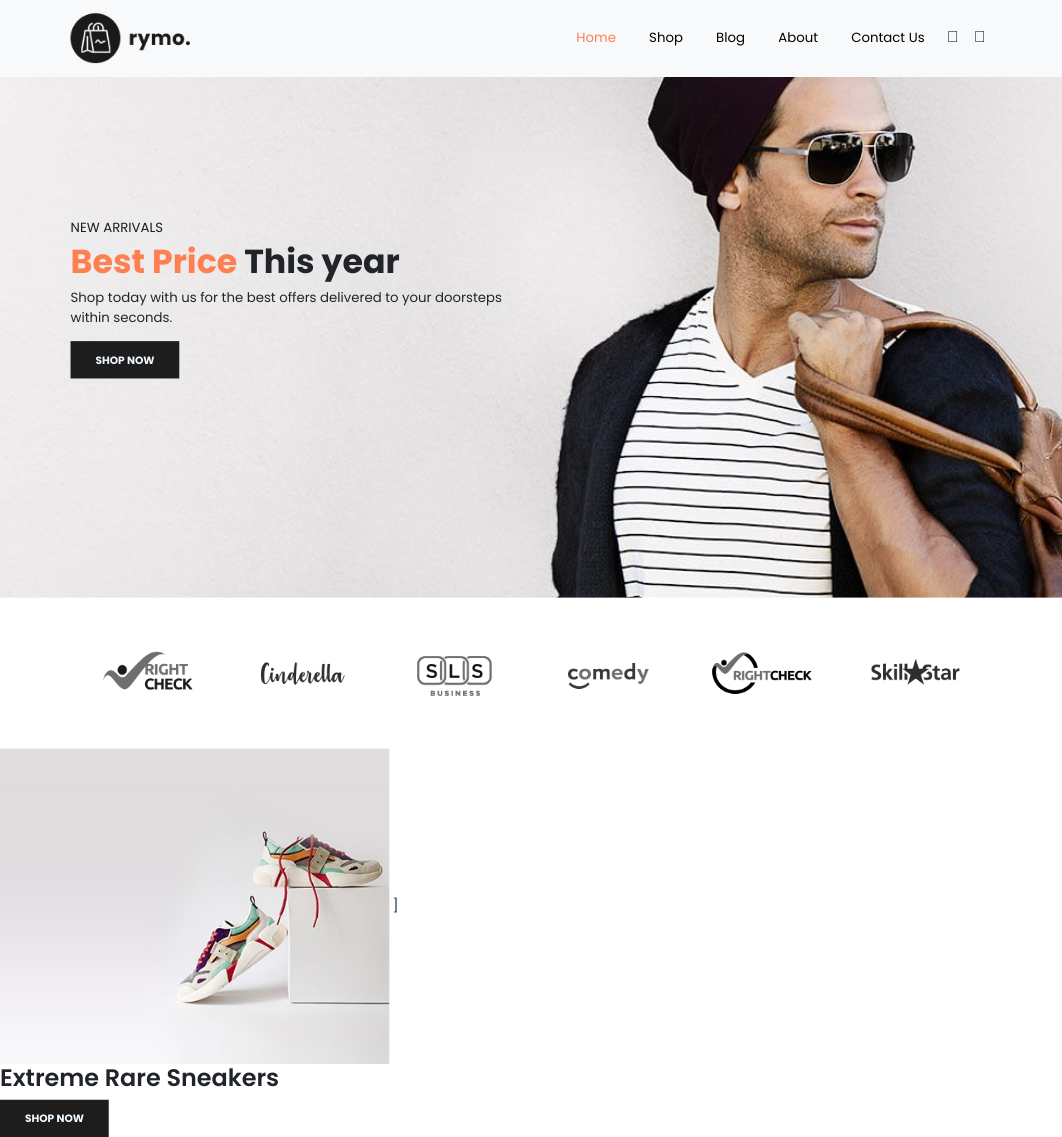
Repository: peter417waweru/e-commerce-UI
Page: index.html
An editor plug-in stored every save of this project. The page is shown before and after the next save, followed by the edit.
The browser window is 1280 px wide. The pictures show the whole page, at 83% of full size.
Some web libraries are served in a nearby version.

Above is the page before, as saved 2025-02-07 20:17:50.

After the next save:
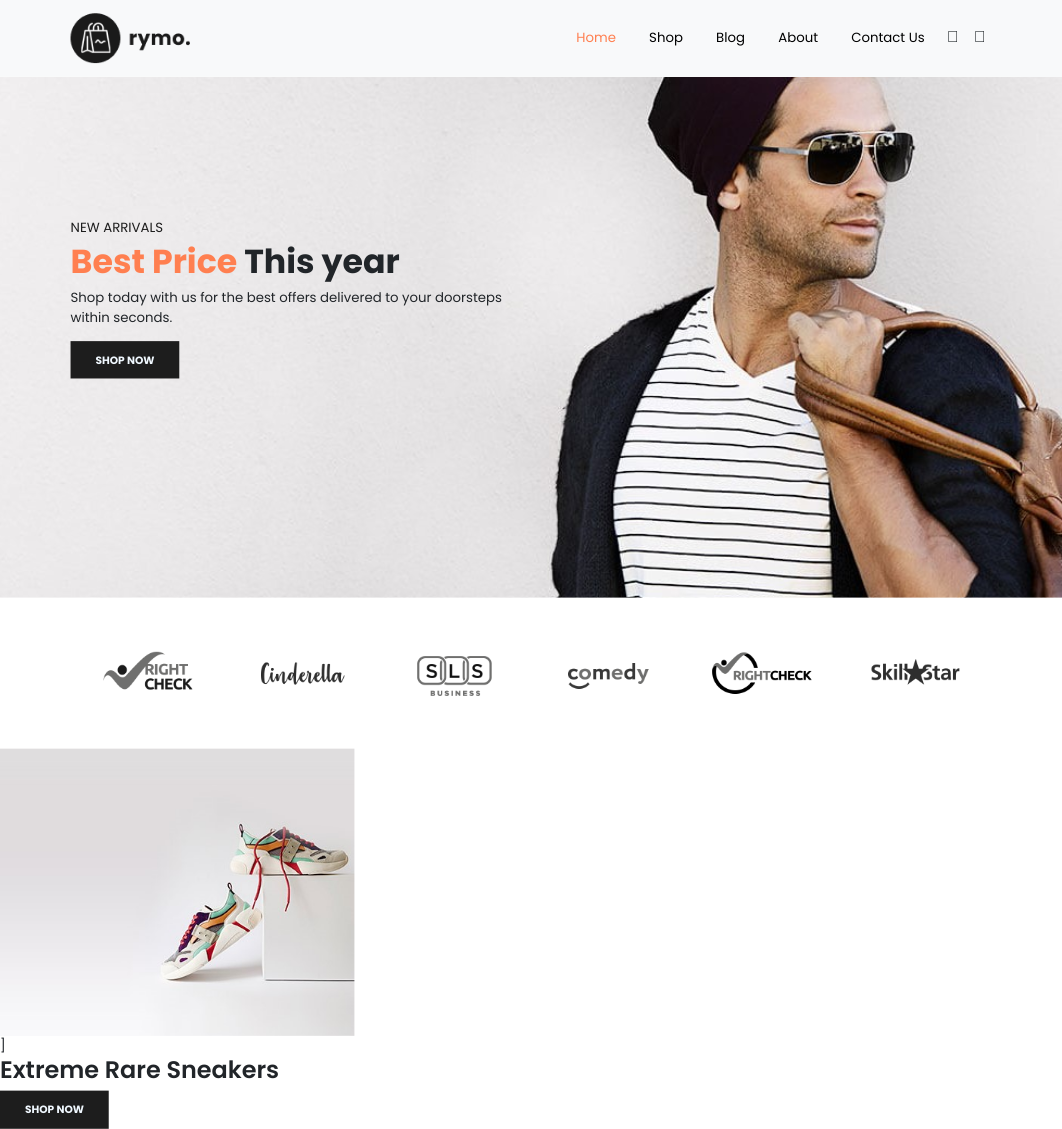
Saved 2 min 44 s later.
--- a/index.html
+++ b/index.html
@@ -77,8 +77,7 @@
 
         <section id="new" class="w-100">
           <div class="row p-0 m-0">
-            <div class="one">
-
+            <div class="one col-lg-4 col-md-12 col-sm-12 p-0">
               <img class="img-fluid" src="img/new/1.jpg" alt="">
               ]<div class="details">
                 <h2>Extreme Rare Sneakers</h2>
